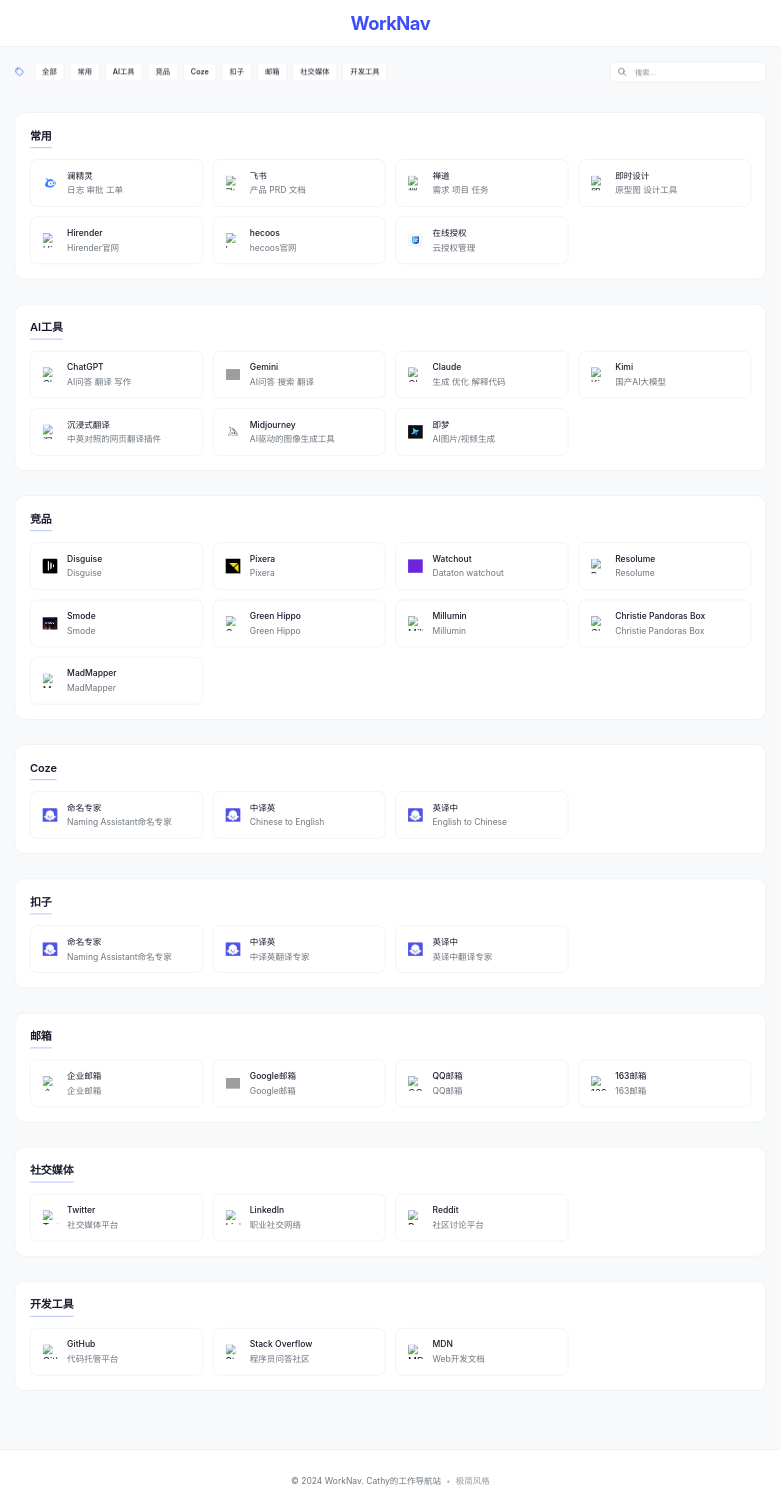
Repository: SweetPomelo0/WorkNav
Page: /
These files come from the project's save history. The page is drawn as it stood at one moment and after the next save; the edit follows.
The browser window is 1280 px wide. The pictures show the whole page, at 61% of full size.
Pictures or frames that could not be fetched are drawn as grey boxes. The project was rebuilt for these pictures with package versions that can differ from the ones it lists, and the page was loaded fresh each time. The framework's server and built-in components were replaced by stand-ins that run in the browser. Also part of the build but not shown: next.config.ts.

Above is the page before, as saved 2025-07-26 23:16:09.

### src/app/layout.tsx
import type { Metadata } from "next";
import { Geist, Geist_Mono } from "next/font/google";
import "./globals.css";

const geistSans = Geist({
  variable: "--font-geist-sans",
  subsets: ["latin"],
});

const geistMono = Geist_Mono({
  variable: "--font-geist-mono",
  subsets: ["latin"],
});

export const metadata: Metadata = {
  title: "WorkNav - 工作网址导航",
  description: "一个简洁的工作网址导航页面",
};

export default function RootLayout({
  children,
}: Readonly<{
  children: React.ReactNode;
}>) {
  return (
    <html lang="en">
      <body
        className={`${geistSans.variable} ${geistMono.variable} antialiased`}
      >
        {children}
      </body>
    </html>
  );
}

### src/app/page.tsx
"use client";
import { useState } from 'react';

export default function Home() {
  // 定义状态来跟踪当前选中的分类
  const [selectedCategory, setSelectedCategory] = useState("全部");
  // 定义状态来跟踪是否是初始加载状态
  const [isInitialLoad, setIsInitialLoad] = useState(true);
  // 定义搜索状态
  const [searchTerm, setSearchTerm] = useState("");
  // 定义移动端搜索框展开状态
  const [isMobileSearchExpanded, setIsMobileSearchExpanded] = useState(false);

  // 定义导航分类和链接
  const categories = [
    {
      title: "常用",
      links: [
        { name: "澜精灵", url: "https://www.lanerp.com/Admin/index/index.html", desc: "日志 审批 工单", icon: "/img/lanjingling.png" },
        { name: "飞书", url: "https://enlightv.feishu.cn/wiki/D6Z1wOai9iVI4bkVlumcJprDn2e?fromScene=spaceOverview", desc: "产品 PRD 文档", icon: "https://feishu.cn/favicon.ico" },
        { name: "禅道", url: "https://enlightv.zentaopm.com/my/", desc: "需求 项目 任务", icon: "https://enlightv.zentaopm.com/favicon.ico" },
        { name: "即时设计", url: "https://js.design/recent", desc: "原型图 设计工具", icon: "https://img.js.design/assets/webImg/favicon.ico" },
        { name: "Hirender", url: "https://www.hirender.com/#/home", desc: "Hirender官网", icon: "https://www.hirender.com/favicon.ico" },
        { name: "hecoos", url: "https://www.hecoos.com/web/#/home", desc: "hecoos官网", icon: "https://www.hecoos.com/favicon.ico" },
        { name: "在线授权", url: "https://license.enlightv.com/web/", desc: "云授权管理", icon: "data:[embedded picture, 6295 characters]" },
      ]
    },
    {
      title: "AI工具",
      links: [
        { name: "ChatGPT", url: "https://chatgpt.com/", desc: "AI问答 翻译 写作", icon: "https://cdn.oaistatic.com/assets/favicon-180x180-od45eci6.webp" },
        { name: "Gemini", url: "https://gemini.google.com/app", desc: "AI问答 搜索 翻译", icon: "https://www.gstatic.com/lamda/images/gemini_sparkle_4g_512_lt_f94943af3be039176192d.png" },
        { name: "Claude", url: "https://claude.ai/", desc: "生成 优化 解释代码", icon: "https://claude.ai/favicon.ico" },
        { name: "Kimi", url: "https://www.kimi.com/", desc: "国产AI大模型", icon: "https://www.kimi.com/favicon.ico" },
        { name: "沉浸式翻译", url: "https://immersivetranslate.com/zh-Hans/?utm_source=ai-bot.cn", desc: "中英对照的网页翻译插件", icon: "https://immersivetranslate.com/favicon.ico" },
        { name: "Midjourney", url: "https://www.midjourney.com/explore?tab=video_top", desc: "AI驱动的图像生成工具", icon: "/img/mj.png" },
        { name: "即梦", url: "https://jimeng.jianying.com/ai-tool/home", desc: "AI图片/视频生成", icon: "/img/jimeng.png" }

      ]
    },
    {
      title: "竞品",
      links: [
        { name: "Disguise", url: "https://www.disguise.one/en", desc: "Disguise", icon: "/img/disguise.png" },
        { name: "Pixera", url: "https://pixera.one/zh/software/overview/", desc: "Pixera", icon: "/img/pixera.png" },
        { name: "Watchout", url: "https://www.dataton.com/", desc: "Dataton watchout", icon: "/img/watchout.png" },
        { name: "Resolume", url: "https://resolume.com/", desc: "Resolume", icon: "https://resolume.com/images/favicons/apple-touch-icon.png" },
        { name: "Smode", url: "https://www.smode.io/en/", desc: "Smode", icon: "/img/smode.png" },
        { name: "Green Hippo", url: "https://www.green-hippo.com/", desc: "Green Hippo", icon: "https://www.green-hippo.com/wp-content/themes/greenhippo/assets/icons/favicon.ico" },
        { name: "Millumin", url: "https://millumin.com/v5/index.php", desc: "Millumin", icon: "https://www.millumin.com/favicon/apple-icon-180x180.png" },
        { name: "Christie Pandoras Box", url: "https://www.christiedigital.com/products/christie-pandoras-box/", desc: "Christie Pandoras Box", icon: "https://www.christiedigital.com/apple-touch-icon.png" },
        { name: "MadMapper", url: "https://madmapper.com/madmapper/software", desc: "MadMapper", icon: "https://madmapper.com/images/favicon/apple-touch-icon.png" }

      ]
    },
    {
      title: "Coze",
      links: [
        { name: "命名专家", url: "https://www.coze.com/store/agent/7530562770308956161?bot_id=true", desc: "Naming Assistant命名专家", icon: "/img/coze.png" },
        { name: "中译英", url: "https://www.coze.com/store/agent/7530572378075152440?bot_id=true", desc: "Chinese to English", icon: "/img/coze.png" },
        { name: "英译中", url: "https://www.coze.com/store/agent/7530572202144694273?bot_id=true", desc: "English to Chinese", icon: "/img/coze.png" }
      ]
    },
    {
      title: "扣子",
      links: [
        { name: "命名专家", url: "https://www.coze.cn/store/agent/7530571775823577130?bot_id=true", desc: "Naming Assistant命名专家", icon: "/img/coze.png" },
        { name: "中译英", url: "https://www.coze.cn/store/agent/7530581452909035572?bot_id=true", desc: "中译英翻译专家", icon: "/img/coze.png" },
        { name: "英译中", url: "https://www.coze.cn/store/agent/7530581958234193970?bot_id=true", desc: "英译中翻译专家", icon: "/img/coze.png" }
      ]
    },
    {
      title: "邮箱",
      links: [
        { name: "企业邮箱", url: "https://exmail.qq.com/cgi-bin/frame_html?sid=qPUC22bEtIEF7kUt,2&sign_type=&r=586a2a390ca023395a120877ca5870f0", desc: "企业邮箱", icon: "https://exmail.qq.com/favicon.ico" },
        { name: "Google邮箱", url: "https://mail.google.com/mail/u/0/#inbox", desc: "Google邮箱", icon: "https://ssl.gstatic.com/ui/v1/icons/mail/rfr/gmail.ico" },
        { name: "QQ邮箱", url: "https://mail.qq.com/", desc: "QQ邮箱", icon: "https://mail.qq.com/favicon.ico" },
        { name: "163邮箱", url: "https://mail.163.com/", desc: "163邮箱", icon: "https://mail.163.com/favicon.ico" }
      ]
    },
    {
      title: "社交媒体",
      links: [
        { name: "Twitter", url: "https://twitter.com", desc: "社交媒体平台", icon: "https://twitter.com/favicon.ico" },
        { name: "LinkedIn", url: "https://www.linkedin.com", desc: "职业社交网络", icon: "https://www.linkedin.com/favicon.ico" },
        { name: "Reddit", url: "https://www.reddit.com", desc: "社区讨论平台", icon: "https://www.reddit.com/favicon.ico" }
      ]
    },
    {
      title: "开发工具",
      links: [
        { name: "GitHub", url: "https://github.com", desc: "代码托管平台", icon: "https://github.com/favicon.ico" },
        { name: "Stack Overflow", url: "https://stackoverflow.com", desc: "程序员问答社区", icon: "https://stackoverflow.com/favicon.ico" },
        { name: "MDN", url: "https://developer.mozilla.org", desc: "Web开发文档", icon: "https://developer.mozilla.org/favicon.ico" },
      ]
    }

  ];

  return (
    <div className="min-h-screen" style={{ background: 'var(--background)', color: 'var(--text-primary)' }}>
      {/* Header */}
      <header style={{ background: 'var(--header-bg)', borderBottom: '1px solid var(--card-border)' }}>
        <div className="max-w-7xl mx-auto px-6 py-5">
          <div className="text-center">
            <h1 className="text-3xl font-bold tracking-tight bg-clip-text text-transparent bg-gradient-to-r from-blue-600 to-indigo-600 dark:from-blue-400 dark:to-indigo-400">WorkNav</h1>
          </div>
        </div>
      </header>

      {/* Category Navigation */}
      <div className="sticky top-0 z-10 mt-3 category-nav-container" style={{ background: 'rgba(var(--background-rgb), 0.9)', backdropFilter: 'blur(10px)' }}>
        <div className="max-w-7xl mx-auto px-4 md:px-6 py-2 md:py-3 overflow-x-auto">
          <div className="flex items-center">
            <div className="flex-shrink-0 mr-3 md:mr-4">
              <svg xmlns="http://www.w3.org/2000/svg" className="h-4 w-4" fill="none" viewBox="0 0 24 24" stroke="currentColor" style={{ color: 'var(--accent)' }}>
                <path strokeLinecap="round" strokeLinejoin="round" strokeWidth={2} d="M7 7h.01M7 3h5c.512 0 1.024.195 1.414.586l7 7a2 2 0 010 2.828l-7 7a2 2 0 01-2.828 0l-7-7A1.994 1.994 0 013 12V7a4 4 0 014-4z" />
              </svg>
            </div>
            <div className="flex space-x-1 md:space-x-2 overflow-x-auto category-scrollbar flex-grow">
              <a
                href="#"
                onClick={(e) => {
                  e.preventDefault();
                  setSelectedCategory("全部");
                  setIsInitialLoad(false);
                }}
                className="text-xs font-medium whitespace-nowrap px-2 md:px-3 py-1 md:py-1.5 rounded-md transition-all duration-300 hover:scale-105 hover:shadow-md hover:bg-opacity-90 flex-shrink-0"
                style={{
                  background: (selectedCategory === "全部" && !isInitialLoad) ? 'var(--accent)' : 'var(--card-bg)',
                  border: '1px solid ' + ((selectedCategory === "全部" && !isInitialLoad) ? 'var(--accent)' : 'var(--card-border)'),
                  color: (selectedCategory === "全部" && !isInitialLoad) ? 'white' : 'var(--text-primary)'
                }}
              >
                全部
              </a>
              {categories.map((category, index) => (
                <a
                  key={index}
                  href={`#category-${index}`}
                  onClick={(e) => {
                    e.preventDefault();
                    setSelectedCategory(category.title);
                    setIsInitialLoad(false);
                    const element = document.getElementById(`category-${index}`);
                    if (element) {
                      element.scrollIntoView({ behavior: 'smooth' });
                    }
                  }}
                  className="text-xs font-medium whitespace-nowrap px-2 md:px-3 py-1 md:py-1.5 rounded-md transition-all duration-300 hover:scale-105 hover:shadow-md hover:bg-opacity-90 flex-shrink-0"
                  style={{
                    background: selectedCategory === category.title ? 'var(--accent)' : 'var(--card-bg)',
                    border: '1px solid ' + (selectedCategory === category.title ? 'var(--accent)' : 'var(--card-border)'),
                    color: selectedCategory === category.title ? 'white' : 'var(--text-primary)'
                  }}
                >
                  {category.title}
                </a>
              ))}
            </div>

            {/* Search Box */}
            <div className="flex-shrink-0 ml-2 md:ml-4">
              {/* 桌面端搜索框 */}
              <div className="hidden md:block relative">
                <div className="absolute inset-y-0 left-0 pl-3 flex items-center pointer-events-none">
                  <svg
                    className="h-4 w-4"
                    fill="none"
                    viewBox="0 0 24 24"
                    stroke="currentColor"
                    style={{ color: 'var(--text-secondary)' }}
                  >
                    <path
                      strokeLinecap="round"
                      strokeLinejoin="round"
                      strokeWidth={2}
                      d="M21 21l-6-6m2-5a7 7 0 11-14 0 7 7 0 0114 0z"
                    />
                  </svg>
                </div>
                <input
                  type="text"
                  placeholder="搜索..."
                  value={searchTerm}
                  onChange={(e) => {
                    setSearchTerm(e.target.value);
                    // 如果有搜索内容，自动切换到"全部"分类
                    if (e.target.value.trim()) {
                      setSelectedCategory("全部");
                      setIsInitialLoad(false);
                    }
                  }}
                  className="w-64 pl-10 pr-4 text-xs rounded-lg border transition-all duration-200 focus:outline-none focus:ring-2 focus:ring-opacity-50"
                  style={{
                    background: 'var(--card-bg)',
                    borderColor: 'var(--card-border)',
                    color: 'var(--text-primary)',
                    height: '34px'
                  }}
                  onFocus={(e) => {
                    e.target.style.borderColor = 'var(--accent)';
                    e.target.style.boxShadow = '0 0 0 3px rgba(59, 130, 246, 0.1)';
                  }}
                  onBlur={(e) => {
                    e.target.style.borderColor = 'var(--card-border)';
                    e.target.style.boxShadow = '0 2px 4px rgba(0,0,0,0.05)';
                  }}
                />
              </div>

              {/* 移动端搜索 */}
              <div className="md:hidden relative">
                {!isMobileSearchExpanded ? (
                  // 搜索图标按钮
                  <button
                    onClick={() => setIsMobileSearchExpanded(true)}
                    className="rounded-lg border transition-all duration-200 hover:shadow-md"
                    style={{
                      background: 'var(--card-bg)',
                      borderColor: 'var(--card-border)',
                      height: '34px',
                      width: '34px',
                      display: 'flex',
                      alignItems: 'center',
                      justifyContent: 'center'
                    }}
                  >
                    <svg
                      className="h-4 w-4"
                      fill="none"
                      viewBox="0 0 24 24"
                      stroke="currentColor"
                      style={{ color: 'var(--text-primary)' }}
                    >
                      <path
                        strokeLinecap="round"
                        strokeLinejoin="round"
                        strokeWidth={2}
                        d="M21 21l-6-6m2-5a7 7 0 11-14 0 7 7 0 0114 0z"
                      />
                    </svg>
                  </button>
                ) : (
                  // 展开的搜索框
                  <div className="flex items-center space-x-2">
                    <div className="relative flex-1">
                      <div className="absolute inset-y-0 left-0 pl-3 flex items-center pointer-events-none">
                        <svg
                          className="h-4 w-4"
                          fill="none"
                          viewBox="0 0 24 24"
                          stroke="currentColor"
                          style={{ color: 'var(--text-secondary)' }}
                        >
                          <path
                            strokeLinecap="round"
                            strokeLinejoin="round"
                            strokeWidth={2}
                            d="M21 21l-6-6m2-5a7 7 0 11-14 0 7 7 0 0114 0z"
                          />
                        </svg>
                      </div>
                      <input
                        type="text"
                        placeholder="搜索..."
                        value={searchTerm}
                        onChange={(e) => {
                          setSearchTerm(e.target.value);
                          // 如果有搜索内容，自动切换到"全部"分类
                          if (e.target.value.trim()) {
                            setSelectedCategory("全部");
                            setIsInitialLoad(false);
                          }
                        }}
                        className="w-36 sm:w-48 pl-10 pr-4 text-xs rounded-lg border transition-all duration-200 focus:outline-none focus:ring-2 focus:ring-opacity-50"
                        style={{
                          background: 'var(--card-bg)',
                          borderColor: 'var(--card-border)',
                          color: 'var(--text-primary)',
                          height: '34px'
                        }}
                        onFocus={(e) => {
                          e.target.style.borderColor = 'var(--accent)';
                          e.target.style.boxShadow = '0 0 0 3px rgba(59, 130, 246, 0.1)';
                        }}
                        onBlur={(e) => {
                          e.target.style.borderColor = 'var(--card-border)';
                          e.target.style.boxShadow = '0 2px 4px rgba(0,0,0,0.05)';
                        }}
                        autoFocus
                      />
                    </div>
                    {/* 关闭按钮 */}
                    <button
                      onClick={() => {
                        setIsMobileSearchExpanded(false);
                        setSearchTerm("");
                      }}
                      className="rounded-lg border transition-all duration-200 hover:shadow-md"
                      style={{
                        background: 'var(--card-bg)',
                        borderColor: 'var(--card-border)',
                        height: '34px',
                        width: '34px',
                        display: 'flex',
                        alignItems: 'center',
                        justifyContent: 'center'
                      }}
                    >
                      <svg
                        className="h-4 w-4"
                        fill="none"
                        viewBox="0 0 24 24"
                        stroke="currentColor"
                        style={{ color: 'var(--text-primary)' }}
                      >
                        <path
                          strokeLinecap="round"
                          strokeLinejoin="round"
                          strokeWidth={2}
                          d="M6 18L18 6M6 6l12 12"
                        />
                      </svg>
                    </button>
                  </div>
                )}
              </div>
            </div>
          </div>
        </div>
        <div className="max-w-7xl mx-auto px-6">
          <div className="border-b border-solid w-full mt-1" style={{ borderColor: 'var(--card-border)' }}></div>
        </div>
      </div>

      {/* Main Content */}
       <main className="max-w-7xl mx-auto px-6 py-8">
         <div className="space-y-10">
           {categories
             .filter(category => selectedCategory === "全部" || category.title === selectedCategory)
             .map((category, index) => {
               // 如果有搜索词，过滤链接
               const filteredLinks = searchTerm.trim()
                 ? category.links.filter(link =>
                     link.name.toLowerCase().includes(searchTerm.toLowerCase()) ||
                     link.desc.toLowerCase().includes(searchTerm.toLowerCase())
                   )
                 : category.links;

               // 如果搜索后没有匹配的链接，不显示该分类
               if (searchTerm.trim() && filteredLinks.length === 0) {
                 return null;
               }

               return (
             <div
               key={index}
               id={`category-${index}`}
               style={{
                 background: 'var(--card-bg)',
                 borderColor: 'var(--card-border)'
               }}
               className="rounded-2xl border p-6 transition-all duration-300 hover:shadow-lg"
             >
               <h2
                 className="text-lg font-semibold mb-6 relative inline-block"
                 style={{ color: 'var(--text-primary)' }}
               >
                 <span className="relative z-10">{category.title}</span>
                 <span
                  className="absolute bottom-0 left-0 w-full h-0.5 rounded-full opacity-30"
                  style={{ background: 'var(--accent)', transform: 'translateY(6px)' }}
                ></span>
               </h2>
               <div className="grid grid-cols-1 sm:grid-cols-2 lg:grid-cols-3 xl:grid-cols-4 gap-4">
                 {filteredLinks.map((link, linkIndex) => (
                   <a
                     key={linkIndex}
                     href={link.url}
                     target="_blank"
                     rel="noopener noreferrer"
                     style={{
                       borderColor: 'var(--card-border)',
                       background: 'var(--card-bg)'
                     }}
                     className="block p-4 rounded-xl border hover:shadow-md transition-all duration-200 group relative"
                   >

                     <div className="flex items-center justify-between">
                       <div className="flex items-center flex-1">
                         <div className="w-8 h-8 mr-3 flex-shrink-0 flex items-center justify-center">
                           {link.icon ? (
                             <img
                               src={link.icon}
                               alt={`${link.name} icon`}
                               className="w-6 h-6 object-contain"
                             />
                           ) : (
                             <div
                               style={{ background: 'var(--card-hover)' }}
                               className="w-6 h-6 rounded-md flex items-center justify-center"
                             >
                               <span style={{ color: 'var(--text-secondary)' }} className="text-xs font-medium">
                                 {link.name.charAt(0).toUpperCase()}
                               </span>
                             </div>
                           )}
                         </div>
                         <div className="flex-1">
                           <h3
                             style={{ color: 'var(--text-primary)' }}
                             className="text-sm font-medium group-hover:text-blue-600 dark:group-hover:text-blue-400 transition-colors"
                           >
                             {link.name}
                           </h3>
                           <p
                             style={{ color: 'var(--text-secondary)' }}
                             className="text-sm mt-1"
                           >
                             {link.desc}
                           </p>
                         </div>
                       </div>

                     </div>
                   </a>
                 ))}
               </div>
               </div>
               );
             })}
         </div>
       </main>

      {/* Footer */}
      <footer style={{ borderTop: '1px solid var(--card-border)', background: 'var(--footer-bg)' }} className="mt-16">
        <div className="max-w-7xl mx-auto px-6 py-10">
          <div className="text-center">
            <p style={{ color: 'var(--text-secondary)' }} className="text-sm">
              © 2024 WorkNav. Cathy的工作导航站
              <span className="inline-block mx-2 opacity-50">•</span>
              <span className="opacity-70">极简风格</span>
            </p>
          </div>
        </div>
      </footer>
    </div>
  );
}

Loaded but not shown: src/app/globals.css (151 lines, source omitted)

After the next save:
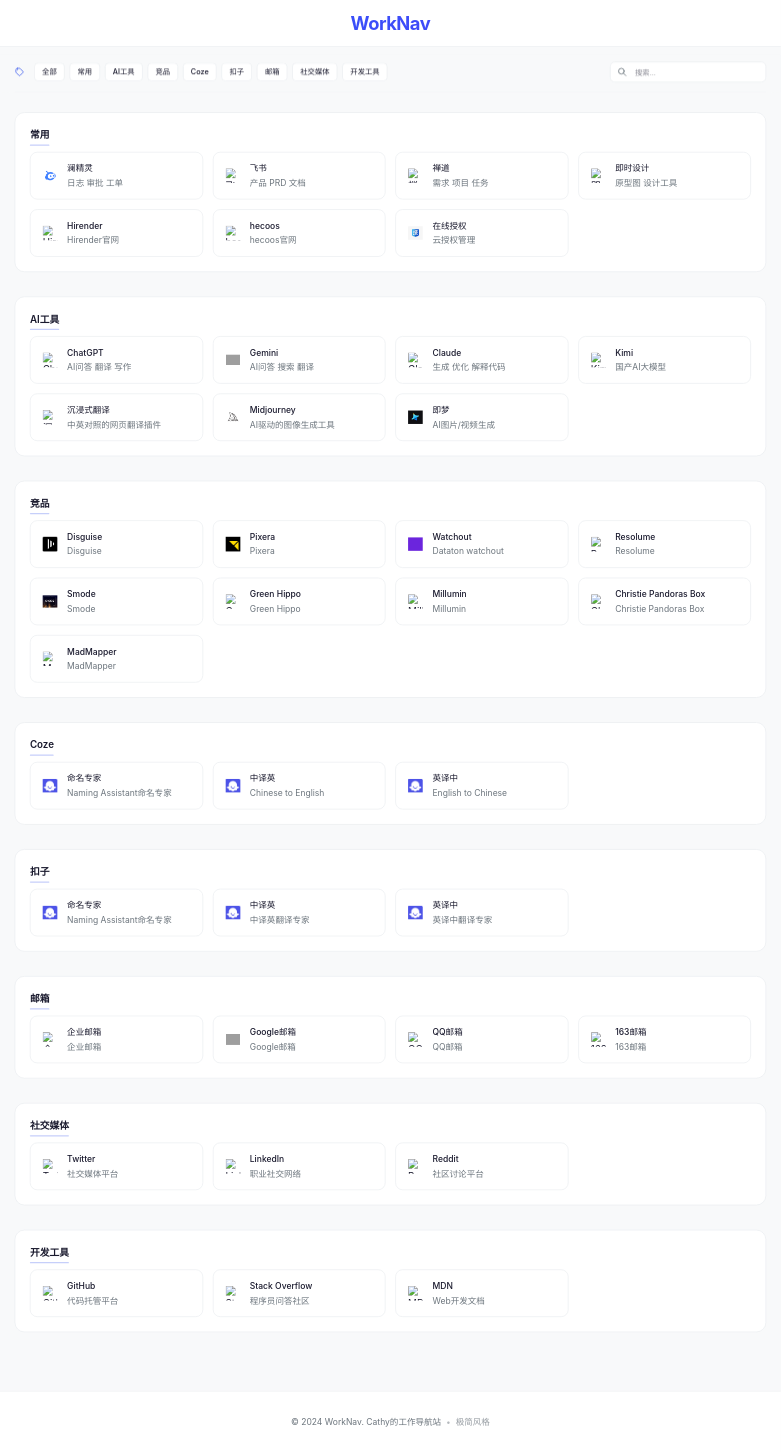
Saved 3 min 23 s later.
--- a/src/app/page.tsx
+++ b/src/app/page.tsx
@@ -364,7 +364,7 @@
                className="rounded-2xl border p-6 transition-all duration-300 hover:shadow-lg"
              >
                <h2
-                 className="text-lg font-semibold mb-6 relative inline-block"
+                 className="text-base font-semibold mb-4 relative inline-block"
                  style={{ color: 'var(--text-primary)' }}
                >
                  <span className="relative z-10">{category.title}</span>
